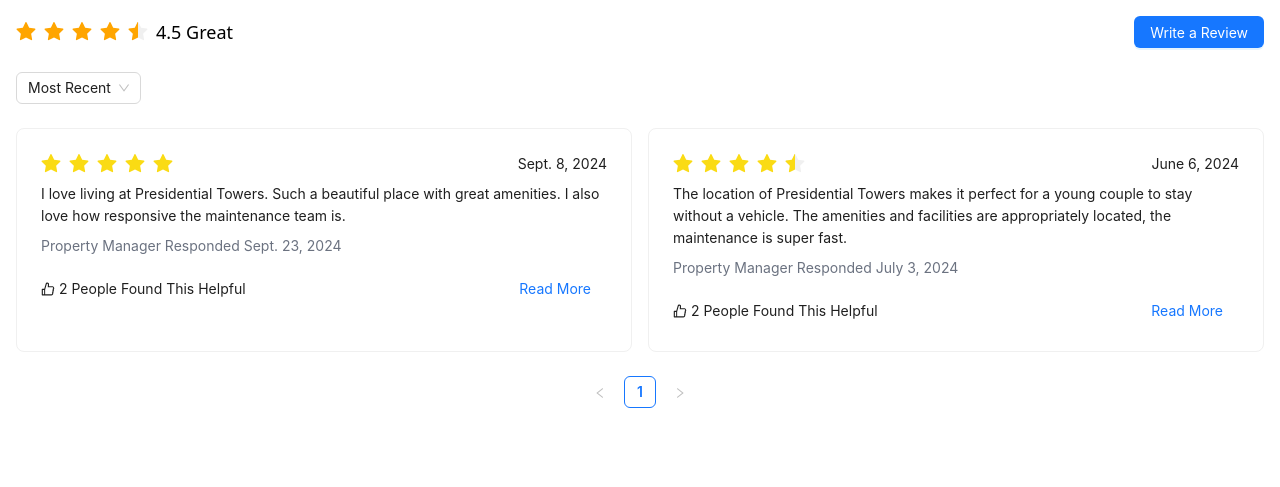
Repository: dunh-real/MockProject_102024_Nhom4
Page: / (app in frontend/)
The author's editor kept a copy of each file at every save. The page is drawn from the files as they stood at one save, then again after the next save.
The browser window is 1280 px wide. The pictures show the whole page.
The project was rebuilt for these pictures with package versions that can differ from the ones it lists, and the page was loaded fresh each time. Also part of the build but not shown: frontend/vite.config.js, frontend/vite.config.ts, frontend/src/App.css, frontend/src/component/ReviewModal.tsx.

Above is the page before, as saved 2024-10-09 12:04:46.

### frontend/src/App.tsx

import './App.css'
import FeedbackRequest from './pages/Feedback&Request/Feedback&Request'
import LoginForm from './pages/Login/Login'

function App() {


  return (
    <>
      {/* <LoginForm/> */}
      <FeedbackRequest/>
    </>
  )
}

export default App

### frontend/src/pages/Feedback&Request/Feedback&Request.tsx
import React, { useState } from 'react';
import { Card, Button, Rate, Pagination, Select } from 'antd';
import { LikeOutlined } from '@ant-design/icons';
import ReviewModal from '../../component/ReviewModal';

const { Option } = Select;

interface Review {
  date: string;
  rating: number;
  text: string;
  managerResponse: string;
  helpfulCount: number;
}

const reviews: Review[] = [
  {
    date: 'Sept. 8, 2024',
    rating: 5,
    text: 'I love living at Presidential Towers. Such a beautiful place with great amenities. I also love how responsive the maintenance team is.',
    managerResponse: 'Property Manager Responded Sept. 23, 2024',
    helpfulCount: 2,
  },
  {
    date: 'June 6, 2024',
    rating: 4.5,
    text: 'The location of Presidential Towers makes it perfect for a young couple to stay without a vehicle. The amenities and facilities are appropriately located, the maintenance is super fast.',
    managerResponse: 'Property Manager Responded July 3, 2024',
    helpfulCount: 2,
  },
];

const FeedbackRequest: React.FC = () => {
  const [showModal, setShowModal] = useState<boolean>(false);
  const [page, setPage] = useState<number>(1);

  const handlePageChange = (page: number) => {
    setPage(page);
  };

  const handleSortChange = (value: string) => {
    console.log(`Sort by: ${value}`);
  };

  return (
    <div className="container mx-auto p-4">
      <div className="flex justify-between items-center mb-6">
        <div className="flex items-center">
          <Rate allowHalf defaultValue={4.5} disabled style={{ color: 'orange' }} />
          <div className="ml-2 text-lg">4.5 Great</div>
        </div>
        <Button type="primary" onClick={() => setShowModal(true)}>
          Write a Review
        </Button>
      </div>

      <div className="mb-6">
        <Select defaultValue="Most Recent" onChange={handleSortChange}>
          <Option value="recent">Most Recent</Option>
          <Option value="highest">Highest Rating</Option>
          <Option value="lowest">Lowest Rating</Option>
        </Select>
      </div>

      <div className="grid grid-cols-1 md:grid-cols-2 gap-4">
        {reviews.slice((page - 1) * 2, page * 2).map((review, index) => (
          <Card key={index} className="w-full">
            <div className="flex justify-between items-center mb-2">
              <Rate allowHalf defaultValue={review.rating} disabled />
              <span>{review.date}</span>
            </div>
            <p>{review.text}</p>
            <p className="text-gray-500 mt-2">{review.managerResponse}</p>
            <div className="flex justify-between items-center mt-4">
              <div>
                <LikeOutlined className="mr-1" />
                {review.helpfulCount} People Found This Helpful
              </div>
              <Button type="link">Read More</Button>
            </div>
          </Card>
        ))}
      </div>

      <div className="flex justify-center mt-6">
        <Pagination
          current={page}
          total={reviews.length}
          pageSize={2}
          onChange={handlePageChange}
        />
      </div>

      {showModal && <ReviewModal setShowModal={setShowModal} />}
    </div>
  );
};

export default FeedbackRequest;

Loaded but not shown: frontend/index.html (common file); frontend/src/main.jsx (common file); frontend/src/index.css (common file); frontend/tailwind.config.js (common file)

After the next save:
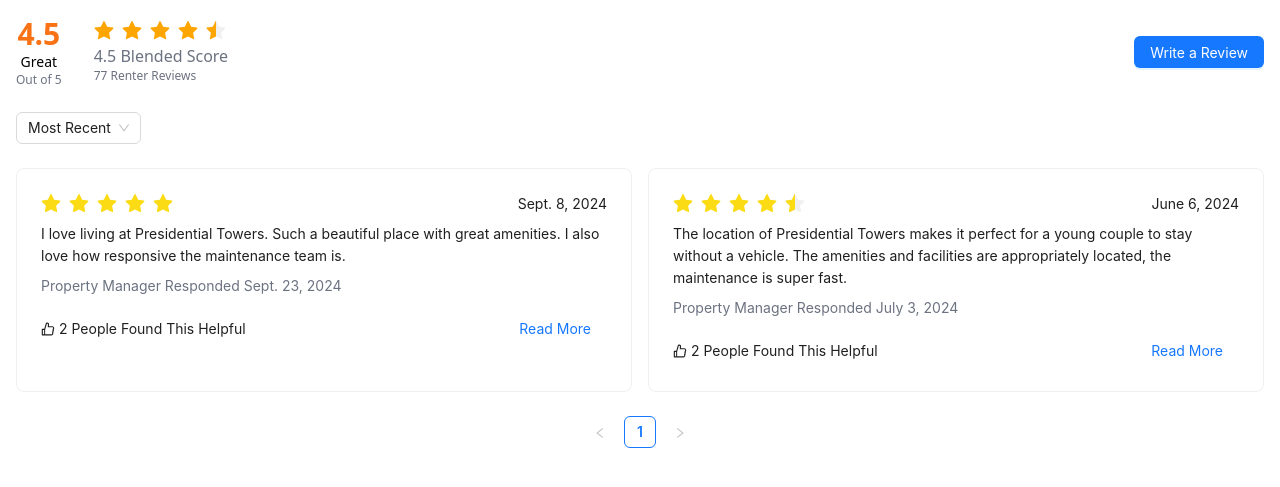
Saved 110 s later.
--- a/frontend/src/pages/Feedback&Request/Feedback&Request.tsx
+++ b/frontend/src/pages/Feedback&Request/Feedback&Request.tsx
@@ -44,17 +44,27 @@
 
   return (
     <div className="container mx-auto p-4">
+      {/* Header Rating Section */}
       <div className="flex justify-between items-center mb-6">
         <div className="flex items-center">
-          <Rate allowHalf defaultValue={4.5} disabled style={{ color: 'orange' }} />
-          <div className="ml-2 text-lg">4.5 Great</div>
+          <div className="text-center mr-4">
+            <div className="text-3xl font-bold text-orange-500">4.5</div>
+            <div className="text-sm">Great</div>
+            <div className="text-xs text-gray-500">Out of 5</div>
+          </div>
+          <div className="ml-4">
+            <Rate allowHalf defaultValue={4.5} disabled style={{ color: 'orange' }} />
+            <div className="text-gray-500">4.5 Blended Score</div>
+            <div className="text-xs text-gray-500">77 Renter Reviews</div>
+          </div>
         </div>
         <Button type="primary" onClick={() => setShowModal(true)}>
           Write a Review
         </Button>
       </div>
 
-      <div className="mb-6">
+      {/* Sort Section */}
+      <div className="mb-6 flex justify-between">
         <Select defaultValue="Most Recent" onChange={handleSortChange}>
           <Option value="recent">Most Recent</Option>
           <Option value="highest">Highest Rating</Option>
@@ -62,6 +72,7 @@
         </Select>
       </div>
 
+      {/* Reviews Section */}
       <div className="grid grid-cols-1 md:grid-cols-2 gap-4">
         {reviews.slice((page - 1) * 2, page * 2).map((review, index) => (
           <Card key={index} className="w-full">
@@ -82,6 +93,7 @@
         ))}
       </div>
 
+      {/* Pagination Section */}
       <div className="flex justify-center mt-6">
         <Pagination
           current={page}
@@ -91,6 +103,7 @@
         />
       </div>
 
+      {/* Modal for Review */}
       {showModal && <ReviewModal setShowModal={setShowModal} />}
     </div>
   );
